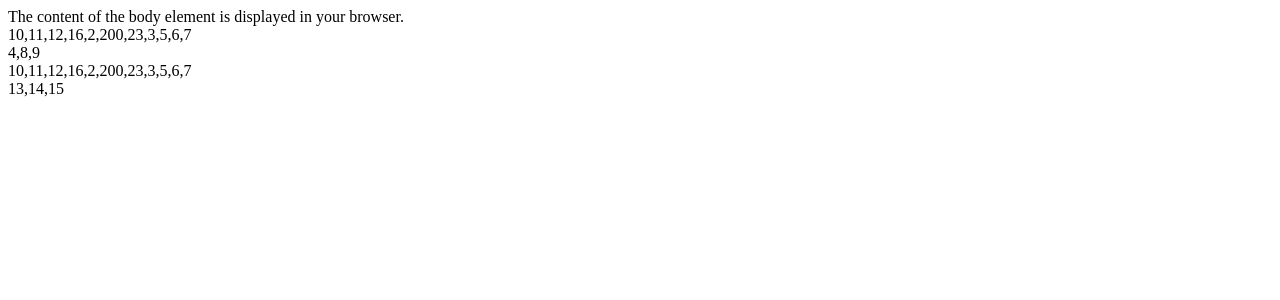
Repository: gperilli/truchetTilingGenerator
Page: test.html
These files come from the project's save history. The page is drawn as it stood at one moment and after the next save; the edit follows.
The browser window is 1280 px wide. The pictures show the whole page.

Above is the page before, as saved 2023-04-19 01:40:55.

### test.html
<!DOCTYPE html>
<html>

<body>
The content of the body element is displayed in your browser.
<br>
<span id="output"></span>
</body>

</html>

<script>

let unsortedArray = [
	[3, 7],
    [5, 7],
    [3, 2],
    [6, 7],
    [4, 9],
    [9, 8],
    [10, 3],
    [11, 12],
    [12, 2],
    [12, 16],
    [13, 14],
    [14, 15],
    [16, 200],
    [3, 23]
]

let joinerArray = [];
let labeledArray = [];
for (let i = 0; i < unsortedArray.length; i++) {
    labeledArray[i] = {group: unsortedArray[i], sorted: false}
}


labeledArray.forEach((labeledChunk) => {

    if (labeledChunk.sorted == false) {
        joinerArray.forEach((joinerSubArray) => {
            joinerSubArray.forEach((joinerSubArrayItem) => {
                if (joinerSubArrayItem == labeledChunk.group[0]) {
                    if (joinerSubArray.includes(labeledChunk.group[0]) == false) {
                        joinerSubArray.push(labeledChunk.group[0]);
                    }
                    joinerSubArray.push(labeledChunk.group[1]);
                    labeledChunk.sorted = true;
                } else if (joinerSubArrayItem == labeledChunk.group[1]) {
                    if (joinerSubArray.includes(labeledChunk.group[1]) == false) {
                        joinerSubArray.push(labeledChunk.group[1]);
                    }
                    joinerSubArray.push(labeledChunk.group[0]);
                    labeledChunk.sorted = true;
                }
            })
        })

        if (labeledChunk.sorted == false) {
            joinerArray.push(labeledChunk.group);
            labeledChunk.sorted = true;
        }
    }

    joinerArray.forEach((joinerSubArray) => {
        joinerArray.forEach((joinerSubArrayComparison) => {
            if (joinerSubArray != joinerSubArrayComparison) {
                joinerSubArray.forEach((joinerSubArrayItem) => {
                    if (joinerSubArrayComparison.includes(joinerSubArrayItem)) {
                        joinerSubArrayComparison.forEach((joinerSubArrayComparisonItem) => {
                            if (joinerSubArray.includes(joinerSubArrayComparisonItem) == false) {
                                joinerSubArray.push(joinerSubArrayComparisonItem)
                            }
                        })
                    }
                })
            }
        })
    })

})

joinerArray.forEach((joinerArraySubArray) => {
    joinerArraySubArray.sort()
})

for (let i = 0; i < joinerArray.length; i++) {
    for (let j = 0; j < joinerArray.length; j++) {
        if (i != j) {
            if (joinerArray[i] == joinerArray[j]) {
                // joinerArray.splice(i, 1)
            }
        }
    }
}



let outputArray = [[1, 2], [3, 4], [5, 6]];

joinerArray.forEach((subArray) => {
document.querySelector("#output").insertAdjacentHTML("beforeend", `<span>${subArray}</span><br>`)
})



</script>

After the next save:
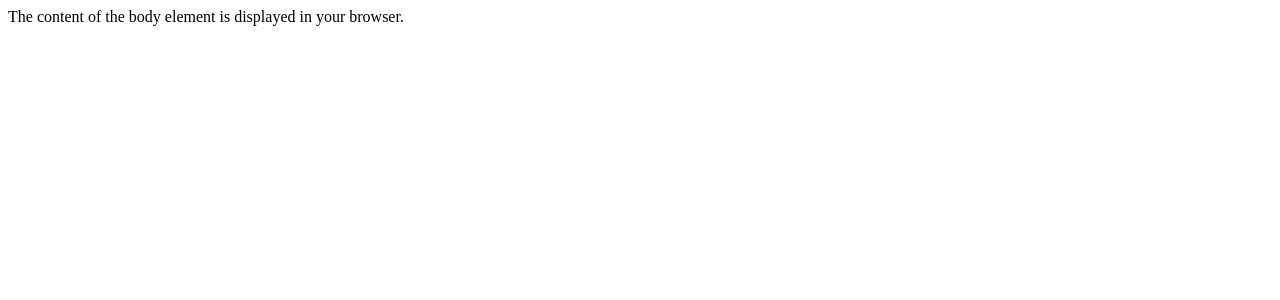
Console error: ReferenceError: f is not defined
Saved 64 s later.
--- a/test.html
+++ b/test.html
@@ -84,15 +84,7 @@
     joinerArraySubArray.sort()
 })
 
-for (let i = 0; i < joinerArray.length; i++) {
-    for (let j = 0; j < joinerArray.length; j++) {
-        if (i != j) {
-            if (joinerArray[i] == joinerArray[j]) {
-                // joinerArray.splice(i, 1)
-            }
-        }
-    }
-}
+f
 
 
 

After the save that followed:
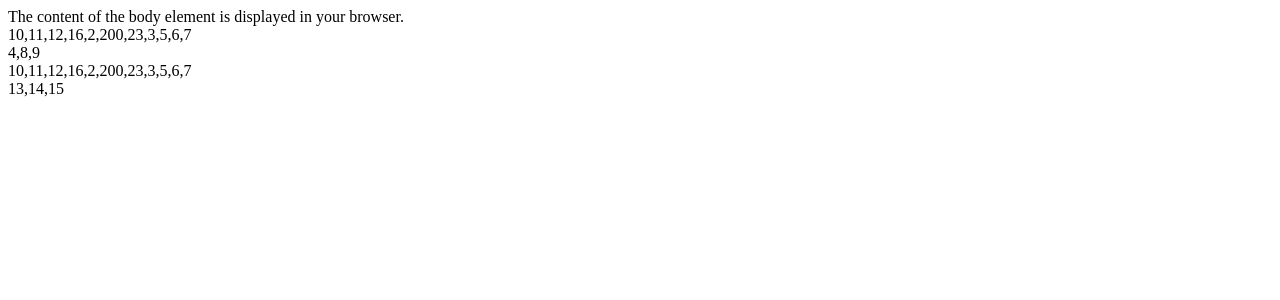
The error is gone.
Saved 4 s later.
--- a/test.html
+++ b/test.html
@@ -84,7 +84,7 @@
     joinerArraySubArray.sort()
 })
 
-f
+
 
 
 
